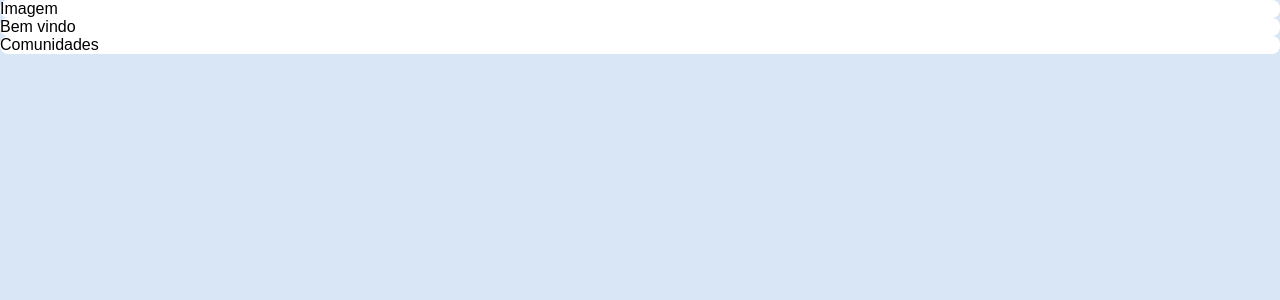
Repository: jminervino/alurakut
Page: /
An editor plug-in stored every save of this project. The page is shown before and after the next save, followed by the edit.
The browser window is 1280 px wide. The pictures show the whole page.
The project was rebuilt for these pictures with package versions that can differ from the ones it lists, and the page was loaded fresh each time. The framework's server and built-in components were replaced by stand-ins that run in the browser. Also part of the build but not shown: next.config.js.

Above is the page before, as saved 2022-03-23 11:12:54.

After the next save:
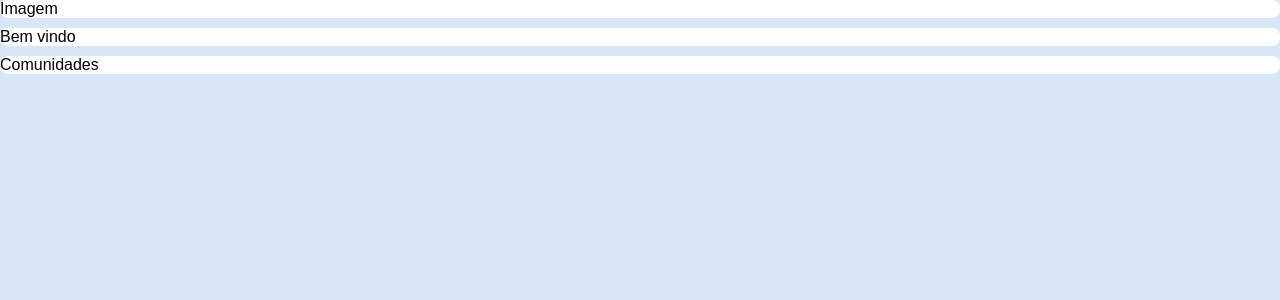
Saved 8 h 48 min later.
--- a/pages/index.js
+++ b/pages/index.js
@@ -12,6 +12,7 @@ const Box = styled.div`
 
 const MainGrid = styled.main`
   display: grid;
+  grid-gap: 10px;
 `
 
 export default function Home() {
